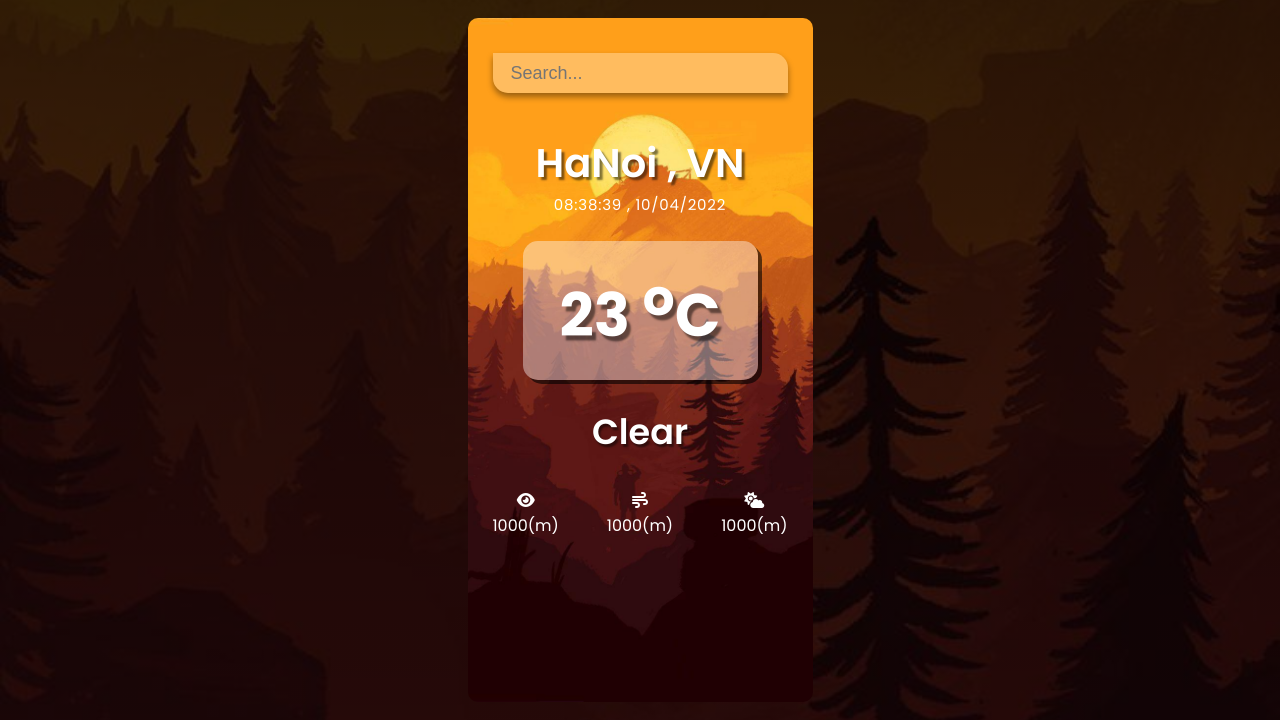
Repository: NguyenDuc-Huy/API_WEATHER
Page: index.html
The author's editor kept a copy of each file at every save. The page is drawn from the files as they stood at one save, then again after the next save.
The browser window is 1280 px wide. The pictures show the whole page.
Some web libraries are served in a nearby version.

Above is the page before, as saved 2022-04-10 16:18:19.
Console error: SyntaxError: Unexpected token '}'

### index.html
<!DOCTYPE html>
<html lang="en">

<head>
    <meta charset="UTF-8">
    <meta http-equiv="X-UA-Compatible" content="IE=edge">
    <meta name="viewport" content="width=device-width, initial-scale=1.0">
    <link rel="stylesheet" href="https://cdnjs.cloudflare.com/ajax/libs/font-awesome/6.1.1/css/all.min.css">
    <link rel="preconnect" href="https://fonts.googleapis.com">
    <link rel="preconnect" href="https://fonts.gstatic.com" crossorigin>
    <link href="https://fonts.googleapis.com/css2?family=Poppins:wght@300;400;500;600;700;800&display=swap"
        rel="stylesheet">
    <link rel="stylesheet" href="style.css">
    <title>Weather app</title>
</head>

<body>
    <div id="weather">
        <input type="text" class="search" placeholder="Search...">
        <div class="content">
            <div class="location">
                <span class="city">HaNoi</span>
                <span>,</span>
                <span class="country">VN</span>
            </div>
            <div class="datetime">
                <span class="time">08:38:39</span>
                <span>,</span>
                <span class="date">10/04/2022</span>
            </div>
            <div class="temperature">
                <span class="no">23</span>
                <span class="degree"><sup>o</sup>C</span>
            </div>
            <p class="desc">Clear</p>
            <div class="more-desc">
                <div>
                    <i class="fa-solid fa-eye"></i>
                    <p>1000(m)</p>
                </div>
                <div>
                    <i class="fa-solid fa-wind"></i>
                    <p>1000(m)</p>
                </div>
                <div>
                    <i class="fa-solid fa-cloud-sun"></i>
                    <p>1000(m)</p>
                </div>
            </div>
        </div>
    </div>
</body>
<script src="app.js"></script>

</html>

### style.css
* {
  margin: 0;
  padding: 0;
  box-sizing: border-box;
}
body {
  width: 100vw;
  height: 100vh;
  display: flex;
  justify-content: center;
  align-items: center;
  font-family: "Poppins", sans-serif;
  background: linear-gradient(to bottom, rgba(0, 0, 0, 0.8), rgba(0, 0, 0, 0.6)),
    url("./image/hot.png") no-repeat center/cover;
}
#weather {
  background: url("./image/hot.png") no-repeat center/cover;
  width: 345px;
  height: 95vh;
  display: flex;
  flex-direction: column;
  align-items: center;
  padding: 25px;
  border-radius: 10px;
}
.search {
  border-radius: 0 15px 0 15px;
  border: none;
  outline: none;
  margin-top: 10px;
  padding: 18px;
  width: 100%;
  height: 40px;
  font-size: 18px;
  box-shadow: 0 4px 6px rgba(0, 0, 0, 0.4);
  background-color: rgba(255, 255, 255, 0.3);
  transition: all 0.3s;
}
.search:focus {
  border-radius: 15px 0 15px 0;
  background-color: rgba(255, 255, 255, 0.8);
}
.content {
  width: 100%;
  color: #fff;
  text-align: center;
}
.location {
  margin-top: 40px;
  font-size: 40px;
  font-weight: 600;

  text-shadow: 3px 3px 2px rgba(0, 0, 0, 0.5);
}
.datetime {
  font-size: 15px;
  letter-spacing: 0.8px;
}
.temperature {
  font-size: 60px;
  margin: 25px 30px;
  background-color: rgba(255, 255, 255, 0.4);
  box-shadow: 4px 4px rgba(0, 0, 0, 0.6);
  padding: 20px 25px;
  border-radius: 15px;
  text-shadow: 4px 5px 2px rgba(0, 0, 0, 0.5);
  font-weight: 700;
}
.desc {
  margin: 20px 0 30px;
  font-weight: 600;
  font-size: 35px;
  text-shadow: 2px 3px 2px rgba(0, 0, 0, 0.5);
}
.more-desc {
  display: flex;
  flex-direction: row;
  justify-content: space-between;
  align-items: center;
}

### app.js
const search_value = document.querySelector('.search');
async function getWeather() {
  const url = `https://api.openweathermap.org/data/2.5/weather?q=${input}&units=metric&appid=d78fd1588e1b7c0c2813576ba183a667`;
    let data = await fetch(url).then((res) => res.json());
    changeWeather(data);
}
function changeWeather(data) {
    const
}

After the next save:
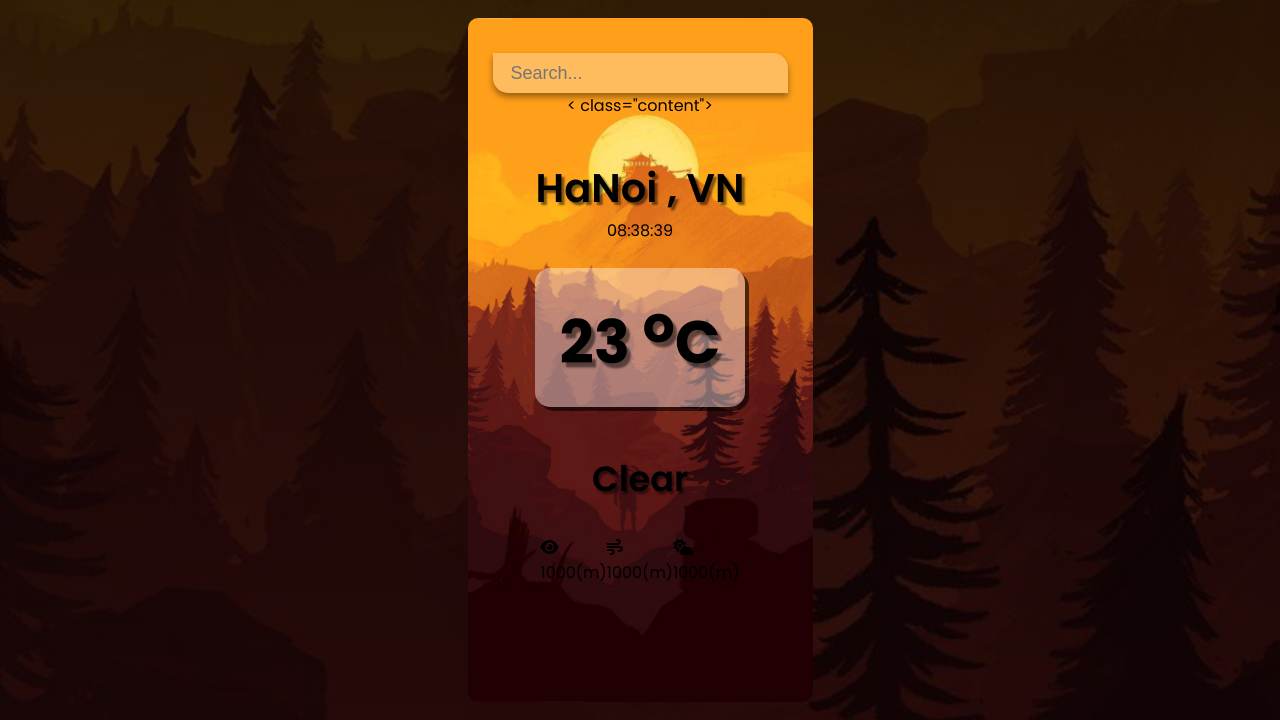
Saved 2 min 49 s later.
--- a/index.html
+++ b/index.html
@@ -17,17 +17,16 @@
 <body>
     <div id="weather">
         <input type="text" class="search" placeholder="Search...">
-        <div class="content">
+        < class="content">
             <div class="location">
                 <span class="city">HaNoi</span>
                 <span>,</span>
                 <span class="country">VN</span>
             </div>
-            <div class="datetime">
-                <span class="time">08:38:39</span>
-                <span>,</span>
-                <span class="date">10/04/2022</span>
-            </div>
+
+            <p class="time">08:38:39</p>
+
+
             <div class="temperature">
                 <span class="no">23</span>
                 <span class="degree"><sup>o</sup>C</span>
@@ -47,7 +46,7 @@
                     <p>1000(m)</p>
                 </div>
             </div>
-        </div>
+    </div>
     </div>
 </body>
 <script src="app.js"></script>
